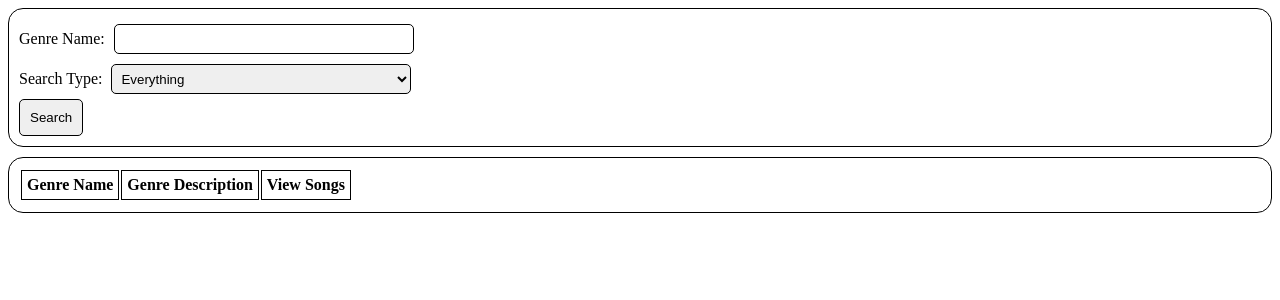
Repository: jasonfic/jmf194_INFSCI1017
Page: MusicJpaWeb/WebContent/genre2.html
These files come from the project's save history. The page is drawn as it stood at one moment and after the next save; the edit follows.
The browser window is 1280 px wide. The pictures show the whole page.

Above is the page before, as saved 2019-04-14 00:44:41.
Console error: SyntaxError: Unexpected token '*'

### MusicJpaWeb/WebContent/genre2.html
<html>
<head>
<meta charset="UTF-8">
<title>Music Genres</title>
<script src="script/jquery-3.4.0.min.js"></script>
<link href="css/style.css" rel="stylesheet" type="text/css" />

</head>
<body>
<div id="genreSearch">
	<div>
		Genre Name: <input type="text" id="genreName" name="genreName" value="" class="textField" />
	</div>
	<div>
		Search Type:
		<select name="searchType" id="searchType" class="textField">
			<option value="">Everything</option>
			<option value="equals">Equals</option>
			<option value="begins">Begins</option>
			<option value="ends">Ends</option>
			<option value="contains">Contains</option>
		</select>
	</div>
	<div>
		<input type="button" id="btnSearch" name="btnSubmit" value="Search" />
	</div>
</div>

<div id="searchResults">
	<table id="tblSearchResults">
		<tr>
			<th>Genre Name</th>
			<th>Genre Description</th>
			<th>View Songs</th>
		</tr>
	</table>
</div>

</body>
<script>
	$(document).ready(function (){
		$("#btnSearch").click(function (){
			search();
		});

		$("#genreName").keyup(function () {
			var keyPressed = $("#genreName").val();
			if (keyPressed.length > 2) {
				search();
			}
			else {
				$(".dataRow").remove();
			}
		});*/
	});

	function search(optSearchType) {
		var genreName = $("#genreName").val();
		var searchType = $("#searchType").val();
		// console.log("Genre: " + genreName);
		// console.log("SearchType: " + searchType)
		var url = "GenreListWS?genreName=" + genreName + "&searchType=" + searchType;
		// console.log(url);
		$.get(url, function(resp){
			parseGenreData(resp);
		})
		/* logic for dealing with optional parameters
		if(optSearchType === undefined) {
			searchType = $("#searchType").val();
		}
		else {
			searchType = optSearchType;
		}*/
	}

	function parseGenreData(data){
		// $("#searchResults").text(JSON.stringify(data));
		//$(".dataRow").empty();
		var result = "";

		for(var i=0; i < data.length; i++){
			var tr = $("<tr></tr>"); // created empty html table row
			tr.attr({"class" : "datarow"});

			// First data cell
			var td = $("<td></td>"); // created empty html table data
			td.html(data[i].genre_name);
			tr.append(td);

			// Second data cell
			// Note that we don't need to redeclare this
			td = $("<td></td>");
			td.html(data[i].description)
			tr.append(td);

			// Third data cell
			td = $("<td></td>");
			var link = "<a href='song.html?genre_id=" + data[i].genre_id + "'>View Songs</a>";
			td.html(link)
			tr.append(td);

			// Append row to the table
			$("#tblSearchResults").append(tr);

			// result += 'Name: ' + data[i].genre_name + ' Description: ' + data[i].description + '<br />';
		}

		// $("#searchResults").html(result);
	}
</script>
</html>

### MusicJpaWeb/WebContent/css/style.css
#genreSearch {
	border: 1px solid #000;
	padding: 10px;
	border-radius: 15px;
}

.textField {
	border: 1px solid #000;
	border-radius: 5px;
	padding: 5px;
	margin: 5px;
	width: 300px;
	height: 30px;
}

#searchResults {
	border: 1px solid #000;
	padding: 10px;
	margin-top: 10px;
	border-radius: 15px;
}

input[type=button] {
	border: 1px solid #000;
	padding: 10px;
	border-radius: 5px;
}

#tblSearchResults tr th, td {
	border: 1px solid #000;
	padding: 5px;
	border-collapse: collapse;
}

Loaded but not shown: MusicJpaWeb/WebContent/script/jquery-3.4.0.min.js (library)

After the next save:
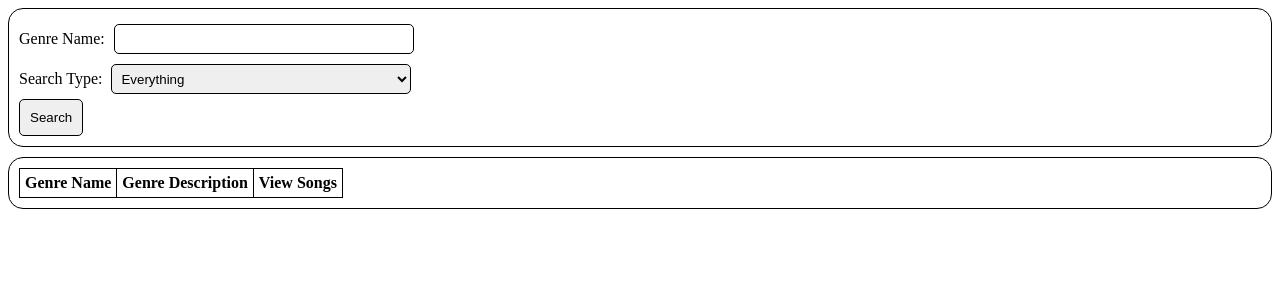
Saved 72 s later.
--- a/MusicJpaWeb/WebContent/css/style.css
+++ b/MusicJpaWeb/WebContent/css/style.css
@@ -26,8 +26,11 @@ input[type=button] {
 	border-radius: 5px;
 }
 
+#tblSearchResults {
+	border-collapse: collapse;
+}
+
 #tblSearchResults tr th, td {
 	border: 1px solid #000;
 	padding: 5px;
-	border-collapse: collapse;
 }
